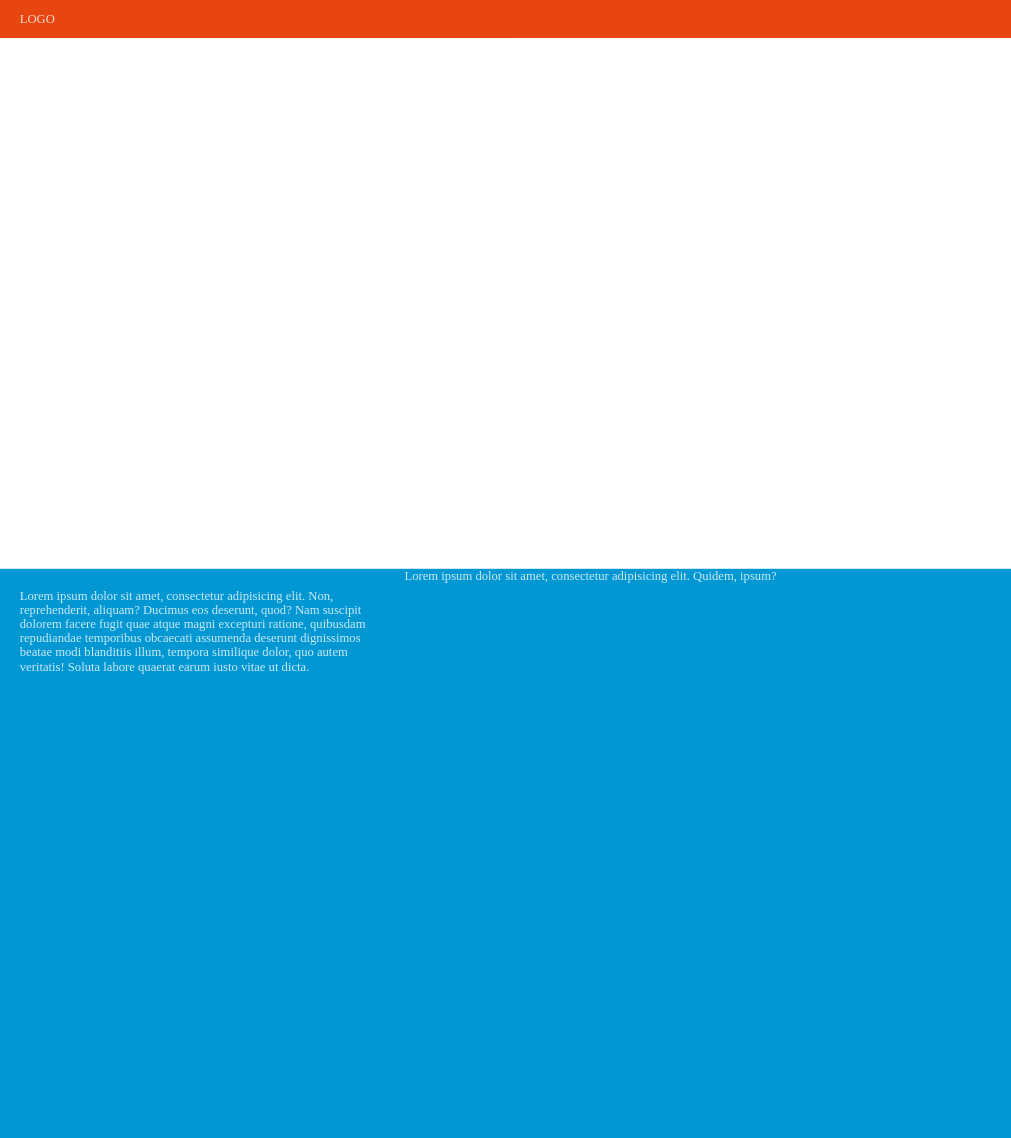
Repository: LiamB123/Adaptive-Sizing-Practice
Page: MP.html
The author's editor kept a record of every edit. The page is drawn from the files as they stood at one moment, then again after the next edit.
The browser window is 1280 px wide. The pictures show the whole page, at 79% of full size.

Above is the page before.

After the next edit:
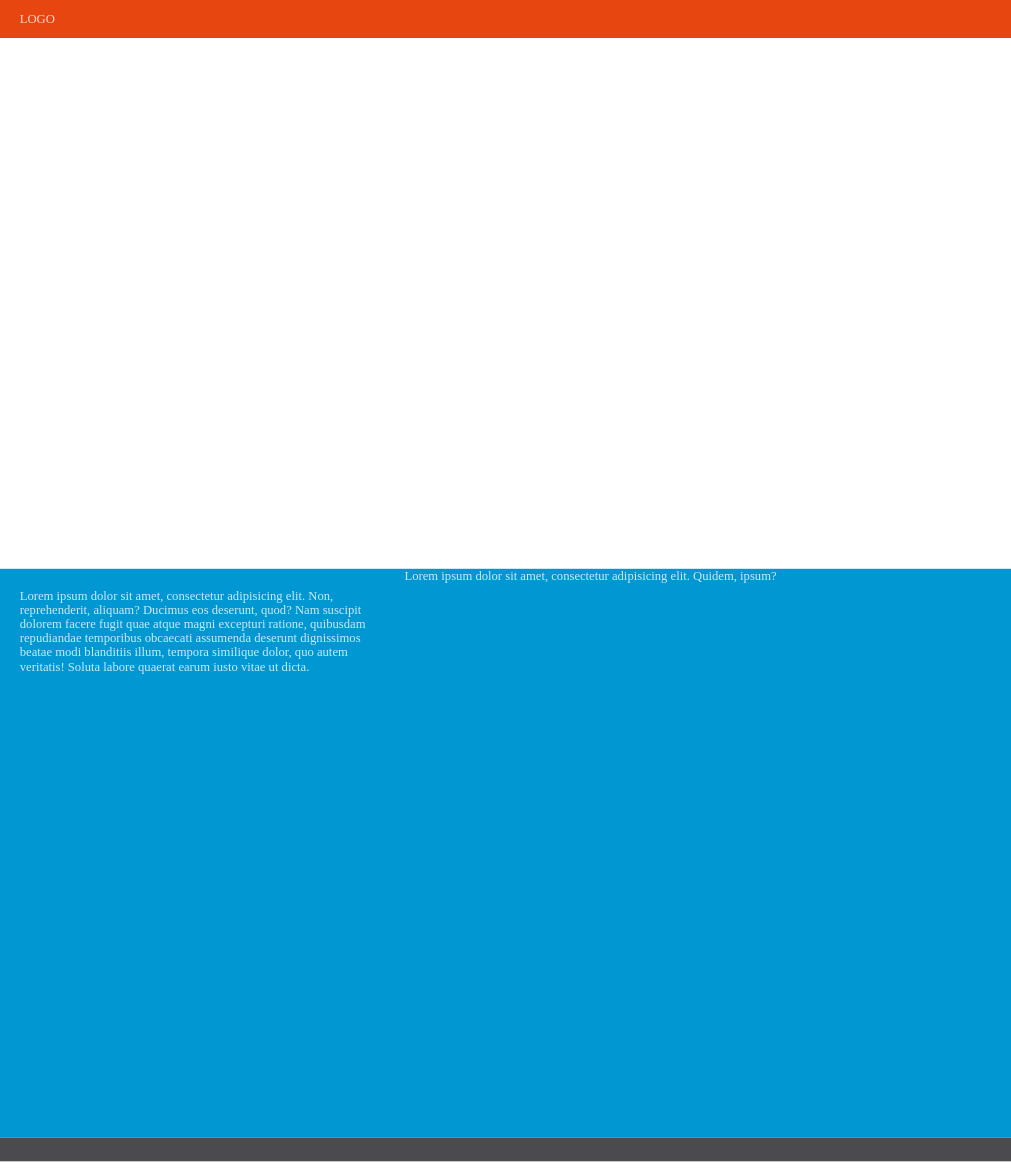
The edit:
--- a/MP.html
+++ b/MP.html
@@ -26,6 +26,9 @@
             </p>
         </aside>
     </section>
+    <footer class='footer'></footer>
+
+    footer.
 
 </header>
 
